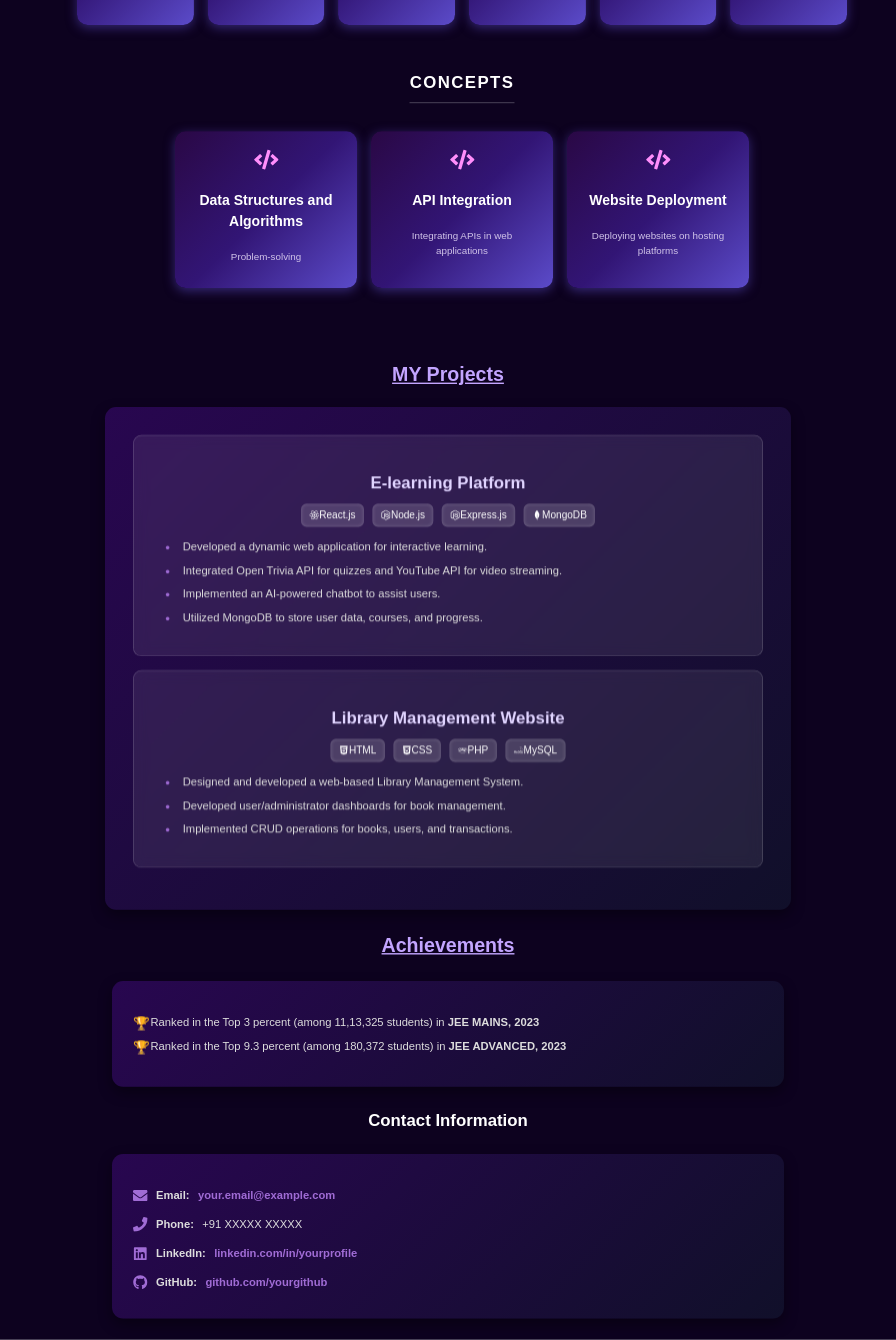
Repository: harshitap1305/Portfolio
Page: /
These files come from the project's save history. The page is drawn as it stood at one moment and after a run of saves; the edit follows.
The browser window is 1280 px wide. The pictures show the part of the page from y = 2631 to 4551 px (the page is 4545 px tall before and 4551 px after), at 70% of full size.
The project was rebuilt for these pictures with package versions that can differ from the ones it lists, and the page was loaded fresh each time. Also part of the build but not shown: vite.config.js.

Above is the page before, as saved 2025-03-27 22:12:46.

After the next 5 saves:
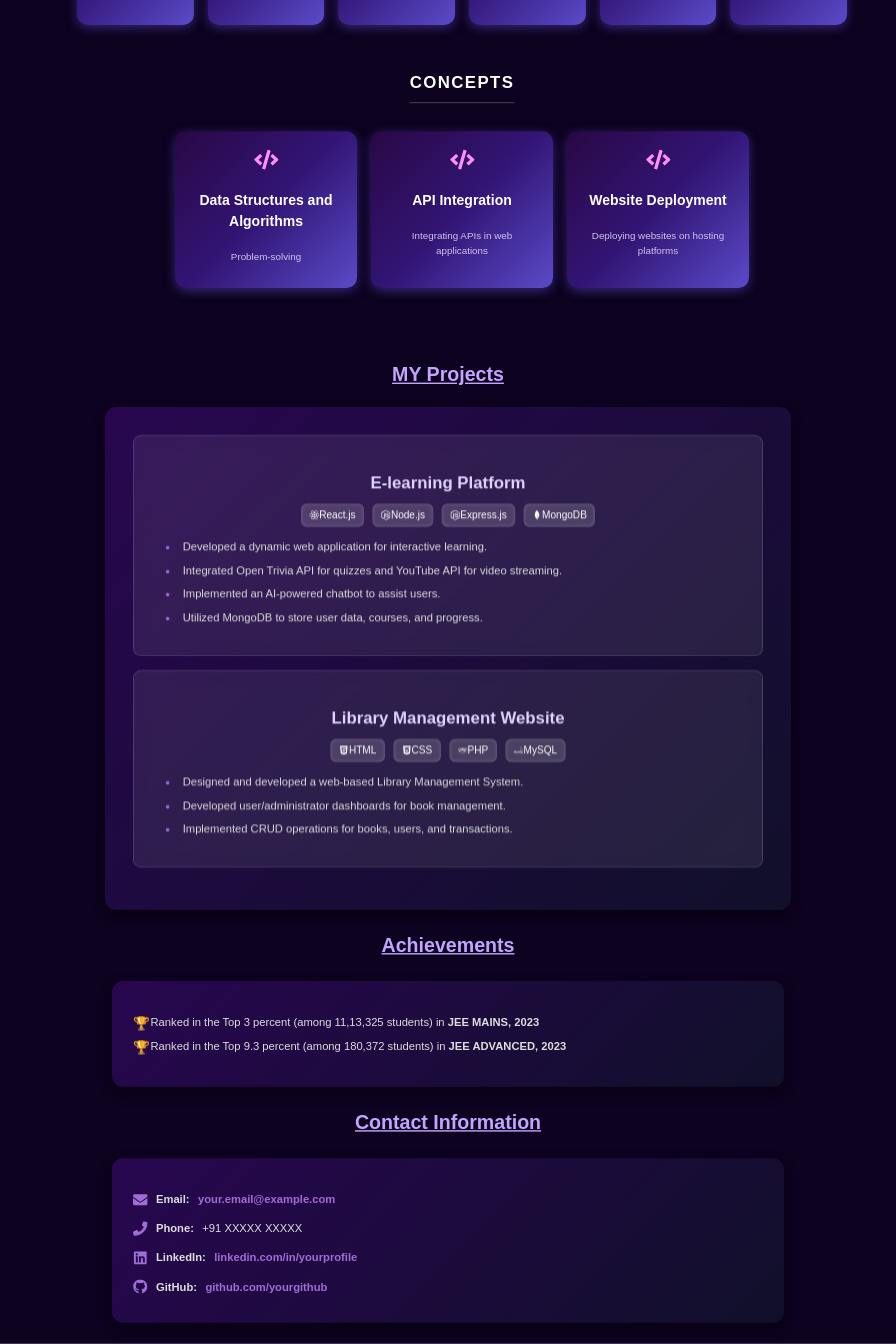
The 5 saves are shown as one change because they came seconds apart.
The last was saved 17 s later.
--- a/src/App.css
+++ b/src/App.css
@@ -66,7 +66,7 @@
   text-align: center;
 }
 
-.education-heading,.skills-heading,.projects-heading,.ach-heading {
+.education-heading,.skills-heading,.projects-heading,.ach-heading,.contact-heading {
   font-size: 28px;
   font-weight: bold;
   color: #c3a5ff;
